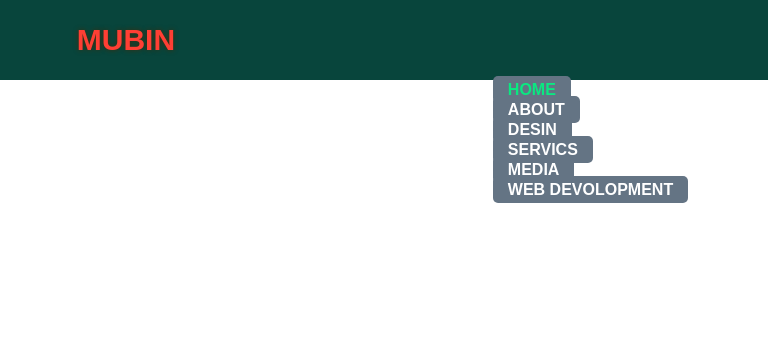
Repository: mdaj6804gmail/1-page-web-theme
Page: index.html
These files come from the project's save history. The page is drawn as it stood at one moment and after the next save; the edit follows.
The browser window is 768 px wide. The pictures show the whole page.

Above is the page before, as saved 2022-12-18 12:56:46.

### index.html
<!DOCTYPE html>
<html lang="en">
<head>
  <meta charset="UTF-8">
  <meta http-equiv="X-UA-Compatible" content="IE=edge">
  <meta name="viewport" content="width=device-width, initial-scale=1.0">
  <link rel="stylesheet" href="style.css">
  <title>NAVBAR</title>
</head>
<body>

  <nav>
    <div class="header">
      <label class="logo">MUBIN</label>
      <ul>
       <li><a href="#" style="color: #0be881;">home</a></li>
       <li><a href="#">about</a></li>
       <li><a href="#">desin</a></li>
       <li><a href="#">servics</a></li>
       <li><a href="#">media</a></li>
       <li><a href="#">web devolopment</a></li>
      </ul>

    </div>


  </nav>
</body>
</html>

### style.css
*{
  margin: 0;
  padding: 0;
  list-style: none;
  text-decoration: none;
}
body{
  font-family: Arial, Helvetica, sans-serif;
}
nav{
  background-color: rgb(8, 69, 60);
  width: 100%;
  height: 80px;

}
.header{
  width: 80%;

  margin: 0 auto;
}
nav .logo{
  font-size: 30px;
  color: rgba(255, 63, 52,1.0);
 text-align: center;
 line-height: 80px;
 font-weight: bold;
 text-shadow: 0 0 5px rgb(61, 44, 12);
}
nav ul{
  float: right;

}
nav ul li{
  display: inline-block;
  line-height:80px;
  padding: 0 3px;

}
nav ul li a{
  color: white;
  text-transform: uppercase;
  font-weight:bold;
  padding:5px 15px;
  background-color:rgb(100, 116, 132) ;
  border-radius: 5px;

}
nav ul li a:hover{
  background-color: rgba(111, 3, 3, 07);
  color: rgb(37, 216, 70);
  box-shadow:0 0 5px white;

}

@media (max-width:786px){

  nav ul li{
    display: block;
    line-height: 20px;
  }
  nav ul{
    margin-top: 80px;
  }

}

After the next save:
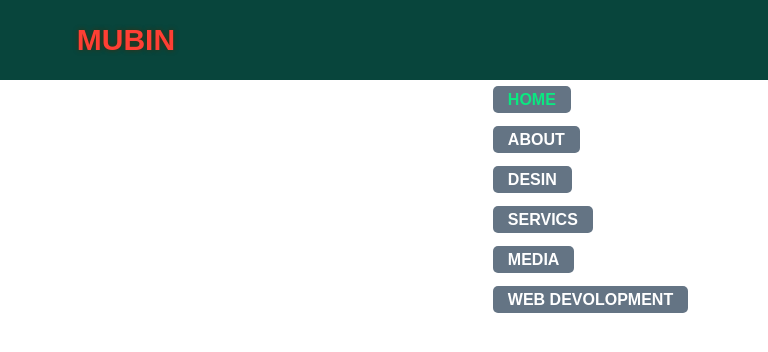
Saved 6 s later.
--- a/style.css
+++ b/style.css
@@ -56,7 +56,7 @@
 
   nav ul li{
     display: block;
-    line-height: 20px;
+    line-height: 40px;
   }
   nav ul{
     margin-top: 80px;
